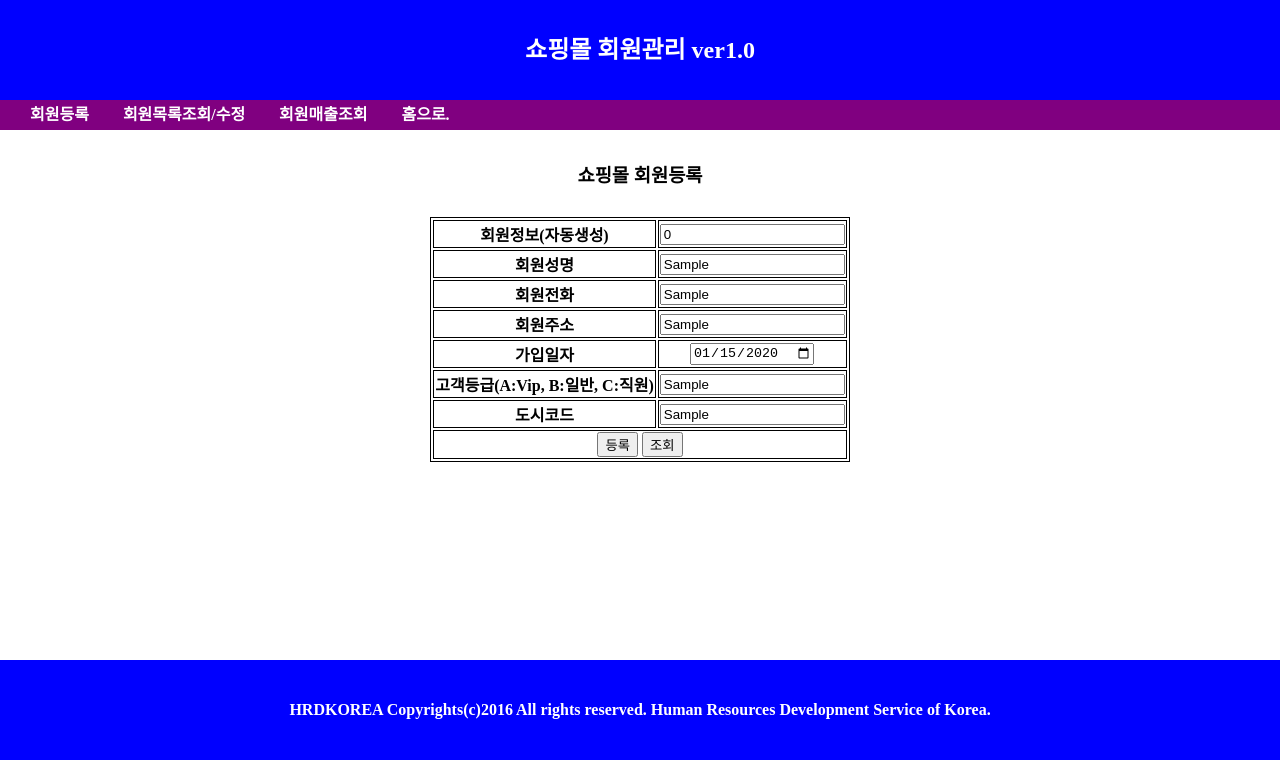
Repository: brightjy/Today-what-I-practiced
Page: http://localhost/HRD_0514/view/registerMemberView.jsp
An editor plug-in stored every save of this project. The page is shown before and after the next save, followed by the edit.
The browser window is 1280 px wide. The pictures show the whole page.
Empty fields were first filled with sample values (such as "Sample", 5 or name@example.com).
After loading, the first visible `input[onclick="infoConfirm()"]` was clicked once.
The page is served by Tomcat 9. Queries for data that is not in the repository find no rows.

Above is the page before, as saved 2020-05-14 12:38:17.
Console error: SyntaxError: Unexpected token '{'

After the next save:
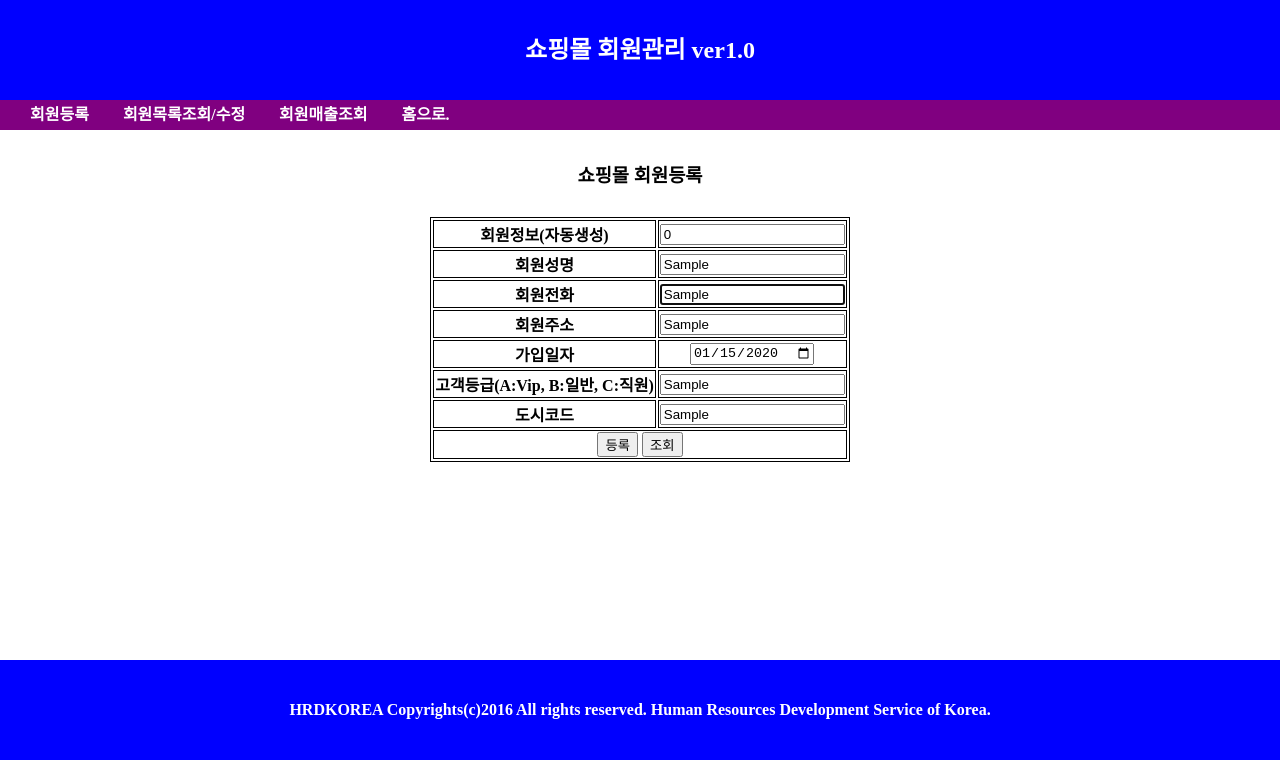
The error is gone.
Saved 30 s later.
--- a/hrdkorea_0514/HRD_0514/WebContent/view/registerMemberView.jsp
+++ b/hrdkorea_0514/HRD_0514/WebContent/view/registerMemberView.jsp
@@ -44,7 +44,7 @@
 			info.grade.focus();
 			return;
 		}
-		if(info.grade.value.length!=0 && (info.grade.value!='A' && info.grade.value!='B' && info.grade.value!='C'){
+		if(info.grade.value.length!=0 && (info.grade.value!='A' && info.grade.value!='B' && info.grade.value!='C')){
 			alert('회원 등급은 A/B/C 중 하나로만 입력하세요.');
 			info.grade.focus();
 			return;
